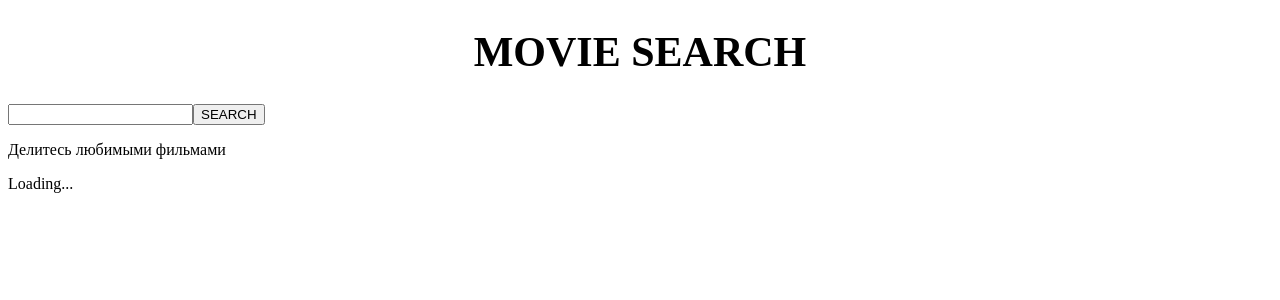
Repository: Hansol46/Films-archive
Page: /
These files come from the project's save history. The page is drawn as it stood at one moment and after the next save; the edit follows.
The browser window is 1280 px wide. The pictures show the whole page.
The page's requests for data from a server got no answer. The project was rebuilt for these pictures with package versions that can differ from the ones it lists, and the page was loaded fresh each time. No one was signed in, and anything a server would have sent is missing. Also part of the build but not shown: webpack.config.js, src/components/material/nav.js, src/components/Movie.js.

Above is the page before, as saved 2020-09-25 13:17:46.

After the next save:
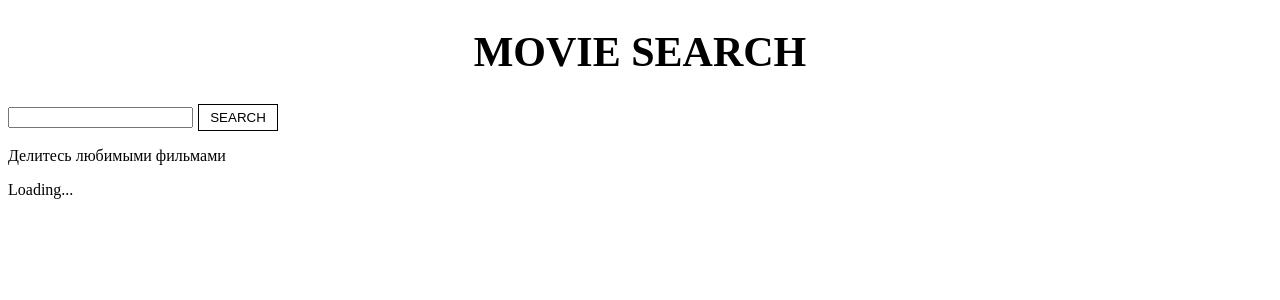
Saved 24 s later.
--- a/src/styles/App.css
+++ b/src/styles/App.css
@@ -4,6 +4,113 @@ h1 {
     font-size: 42px;
 }
 
-.App {
+.App-header {
+    background-color: #282c34;
+    height: 70px;
+    display: flex;
+    flex-direction: column;
+    align-items: center;
+    justify-content: center;
+    font-size: calc(10px + 2vmin);
+    color: white;
+    padding: 20px;
+    cursor: pointer;
+  }
+
+  .spinner {
+    height: 80px;
+    margin: auto;
+  }
+
+  .App-intro {
+    font-size: large;
+  }
+
+  /* new css for movie component */
+
+  * {
+    box-sizing: border-box;
+  }
+
+  .movies {
+    display: flex;
+    flex-wrap: wrap;
+    flex-direction: row;
+  }
+
+  .App-header h2 {
+    margin: 0;
+  }
+
+  .add-movies {
+    text-align: center;
+  }
+
+  .add-movies button {
+    font-size: 16px;
+    padding: 8px;
+    margin: 0 10px 30px 10px;
+  }
+
+  .movie {
+    padding: 5px 25px 10px 25px;
+    max-width: 25%;
+  }
+
+  .errorMessage {
+    margin: auto;
+    font-weight: bold;
+    color: rgb(161, 15, 15);
+  }
+
+
+  .search {
+    display: flex;
+    flex-direction: row;
+    flex-wrap: wrap;
+    justify-content: center;
+    margin-top: 10px;
+  }
+
+
+  input[type="submit"] {
+    padding: 5px;
+    background-color: transparent;
     color: black;
-}
+    border: 1px solid black;
+    width: 80px;
+    margin-left: 5px;
+    cursor: pointer;
+  }
+
+
+  input[type="submit"]:hover {
+    background-color: #282c34;
+    color: antiquewhite;
+  }
+
+
+  .search > input[type="text"]{
+    width: 40%;
+    min-width: 170px;
+  }
+
+  @media screen and (min-width: 694px) and (max-width: 915px) {
+    .movie {
+      max-width: 33%;
+    }
+  }
+
+  @media screen and (min-width: 652px) and (max-width: 693px) {
+    .movie {
+      max-width: 50%;
+    }
+  }
+
+
+  @media screen and (max-width: 651px) {
+    .movie {
+      max-width: 100%;
+      margin: auto;
+    }
+  }
